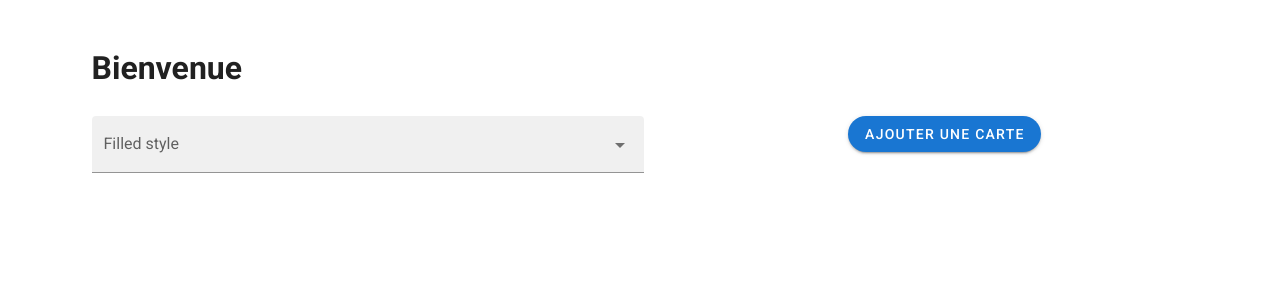
Repository: SidneyHodieb/myc
Page: /
These files come from the project's save history. The page is drawn as it stood at one moment and after the next save; the edit follows.
The browser window is 1280 px wide. The pictures show the whole page.
The project was rebuilt for these pictures with package versions that can differ from the ones it lists, and the page was loaded fresh each time. Also part of the build but not shown: vue.config.js.

Above is the page before, as saved 2021-04-01 23:09:52.

After the next save:
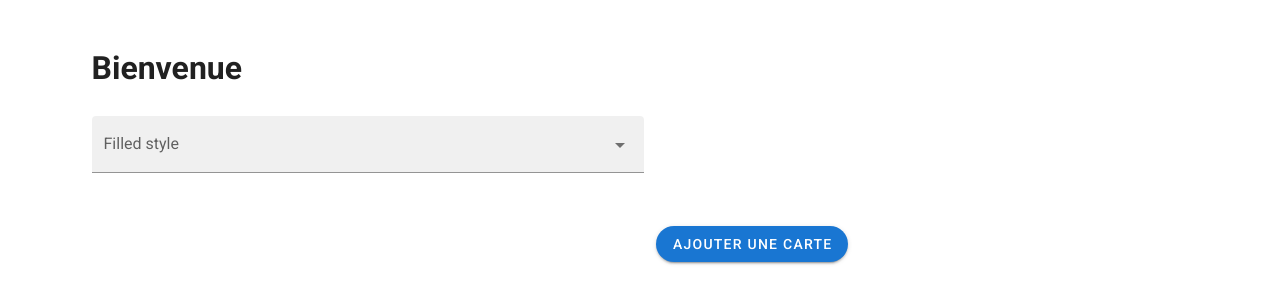
Saved 11 s later.
--- a/src/views/Home.vue
+++ b/src/views/Home.vue
@@ -7,7 +7,7 @@
       <v-col class="d-flex" sm="6">
         <v-select :items="items" filled label="Filled style"></v-select>
       </v-col>
-     <v-col sm="6">
+     <v-col offset-md="4" sm="6">
       <div class="text-center">
         <v-btn rounded color="primary" dark offset-md="8">
           Ajouter une carte
